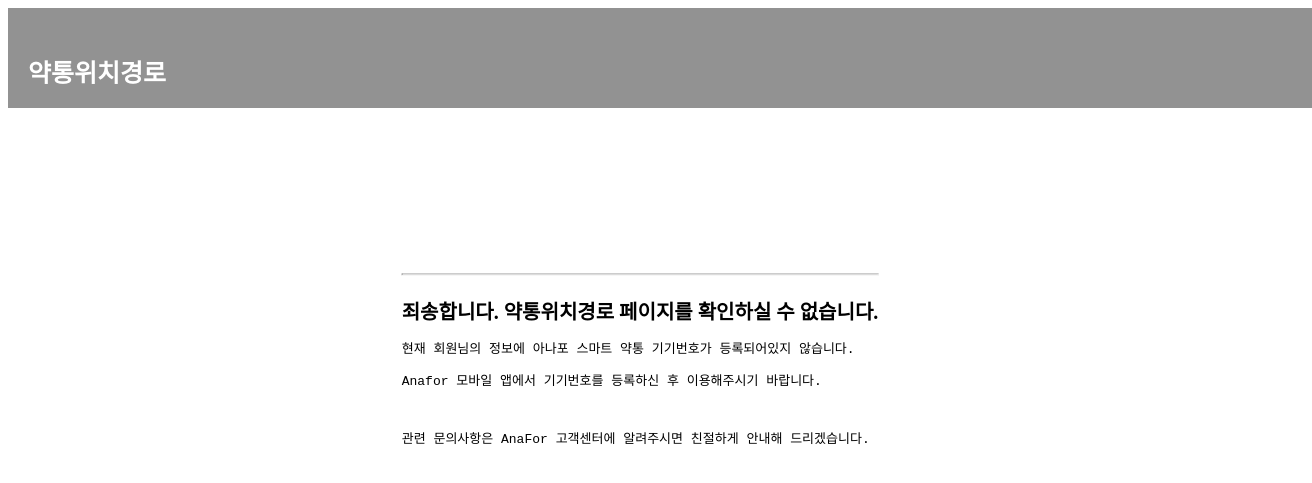
Repository: euzny/Spring-Website
Page: http://localhost/anafor/WEB-INF/views/my_info/notAccept.jsp
These files come from the project's save history. The page is drawn as it stood at one moment and after the next save; the edit follows.
The browser window is 1280 px wide. The page is 1312 px wide, so the pictures cover 1312 px, including what lies to the right of the window. The pictures show the whole page.
The page is served by Tomcat 9. Nobody is signed in. The template is opened directly, without the code that normally fills it, so the values that code supplies are empty.

Above is the page before, as saved 2022-06-23 02:40:27.

After the next save:
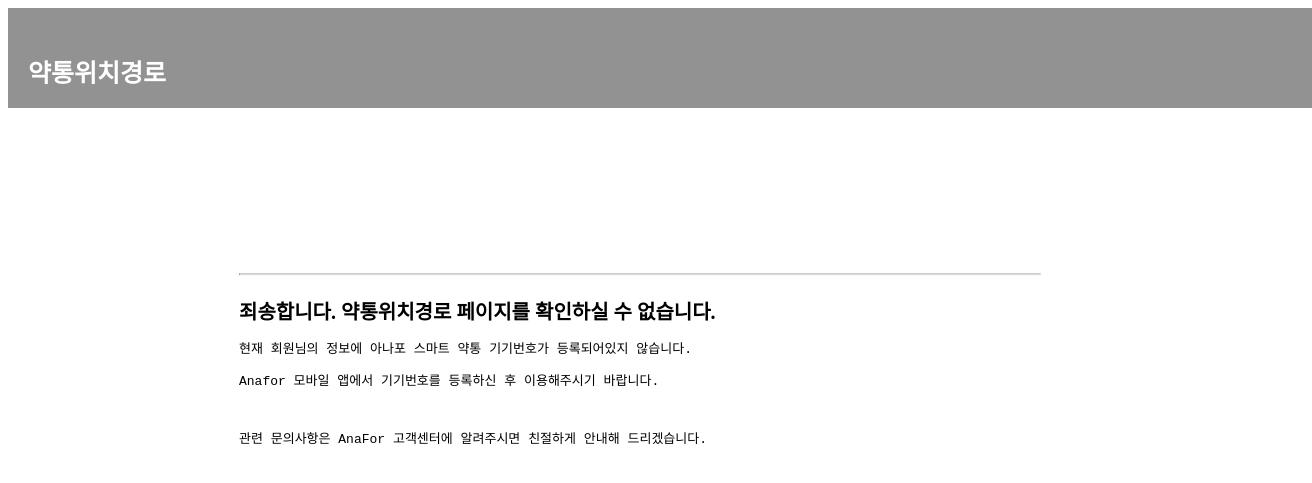
Saved 8 s later.
--- a/Workspace/anafor/src/main/webapp/WEB-INF/views/my_info/notAccept.jsp
+++ b/Workspace/anafor/src/main/webapp/WEB-INF/views/my_info/notAccept.jsp
@@ -36,6 +36,7 @@
 	}
 	hr{
 		color:#ccc;
+		width:800px;
 	}
    	</style>
 </head>

After the save that followed:
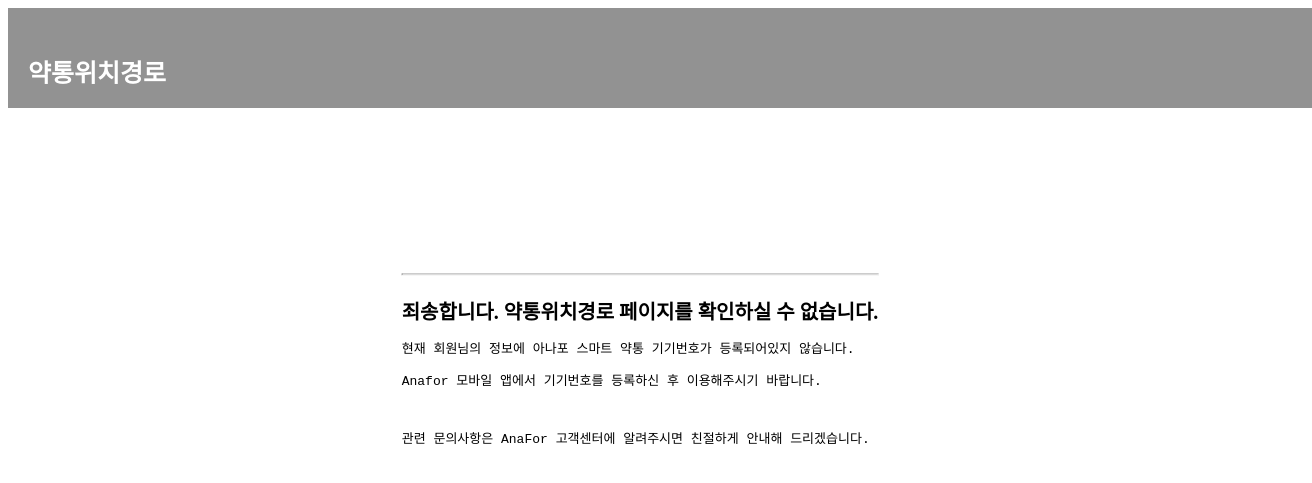
Saved 6 s later.
--- a/Workspace/anafor/src/main/webapp/WEB-INF/views/my_info/notAccept.jsp
+++ b/Workspace/anafor/src/main/webapp/WEB-INF/views/my_info/notAccept.jsp
@@ -34,10 +34,7 @@
 		margin-bottom:8px;
 		 text-align:left;
 	}
-	hr{
-		color:#ccc;
-		width:800px;
-	}
+
    	</style>
 </head>
 <body>
